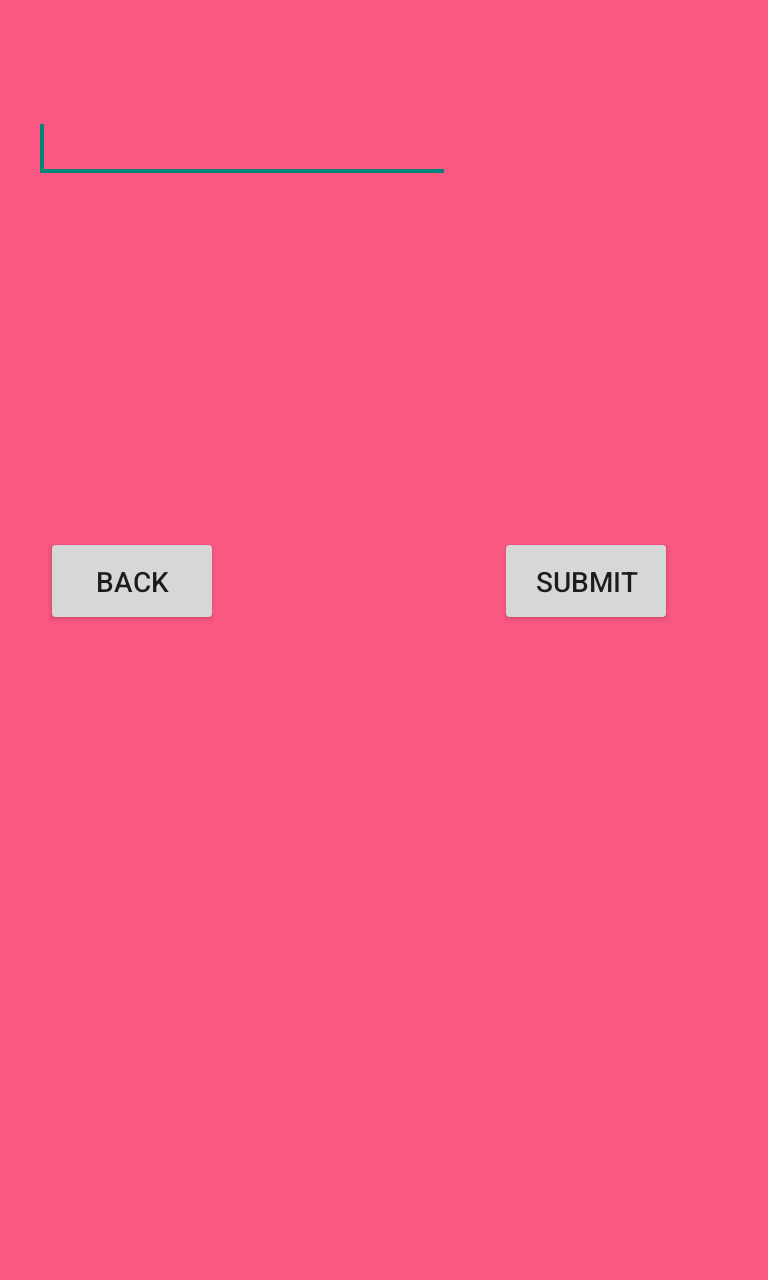
Repository: Clarenaliaka/code-challenge
Layout: ModernMum/res/layout/contacts.xml
These files come from the project's save history. The layout is drawn as it stood at one moment and after the next save; the edit follows.
It is drawn on a 768 x 1280 px phone screen (xhdpi) without system bars, with theme AppTheme; the app's code is not run.

Above is the layout before, as saved 2014-08-03 10:12:51.

After the next save:
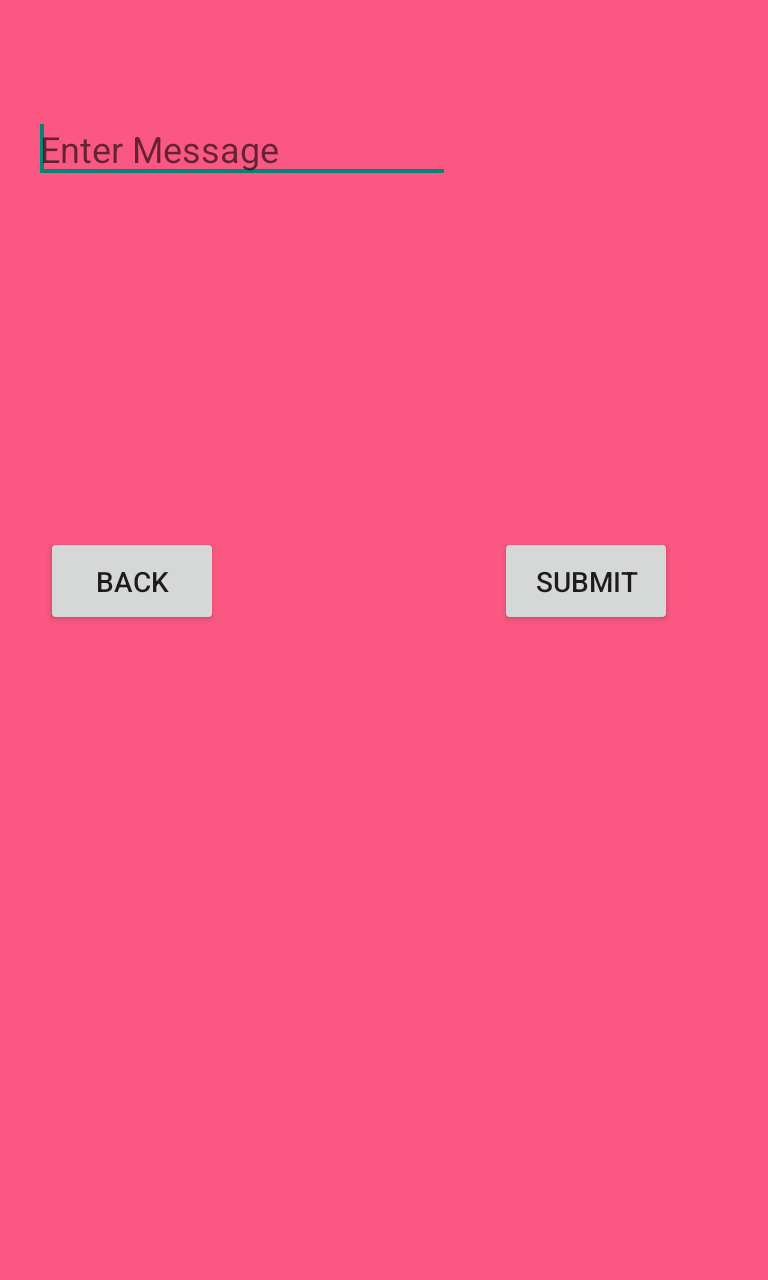
Saved 22 s later.
--- a/ModernMum/res/layout/contacts.xml
+++ b/ModernMum/res/layout/contacts.xml
@@ -16,6 +16,7 @@
             android:layout_marginLeft="16dp"
             android:layout_marginTop="52dp"
             android:ems="10"
+            android:hint="Enter Message"
             android:inputType="textMultiLine" >
 
             <requestFocus />
